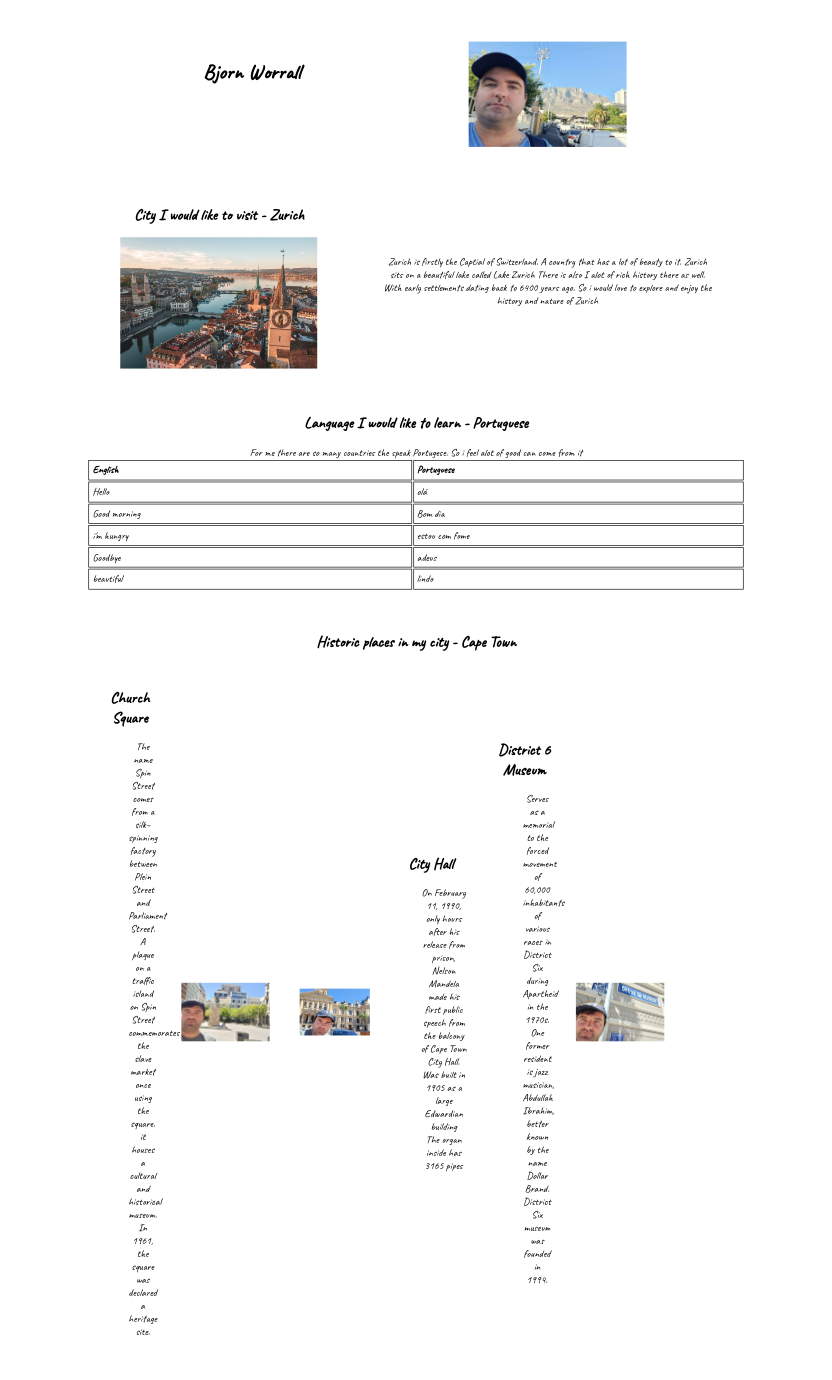
Repository: lasity34/basic-webpage
Page: no_framework/index.html
The author's editor kept a copy of each file at every save. The page is drawn from the files as they stood at one save, then again after the next save.
The browser window is 1280 px wide. The pictures show the whole page, at 65% of full size.

Above is the page before, as saved 2023-03-03 12:33:51.

After the next save:
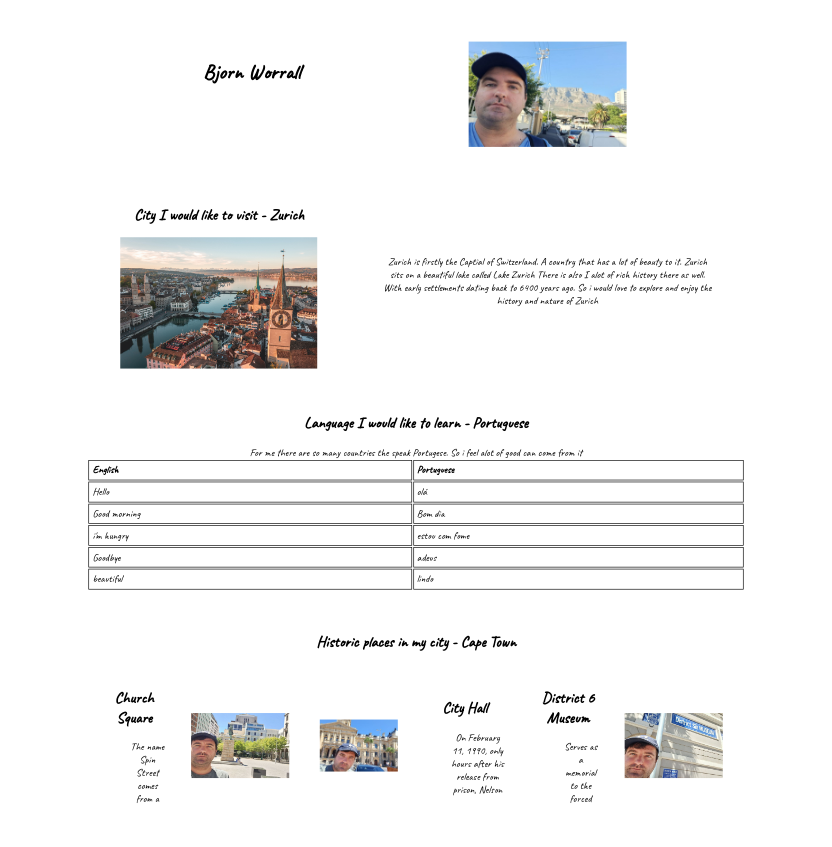
Saved 7 min 11 s later.
--- a/no_framework/styles.css
+++ b/no_framework/styles.css
@@ -115,7 +115,11 @@ th {
 
   #places_grid {
     display: grid;
-    grid-template-columns: 30% 30% 30%;
+    grid-template-columns: 33% 33% 33%;
   }
 
+ ul {
+  overflow: scroll;
+  max-height: 100px;
+ }
 }
